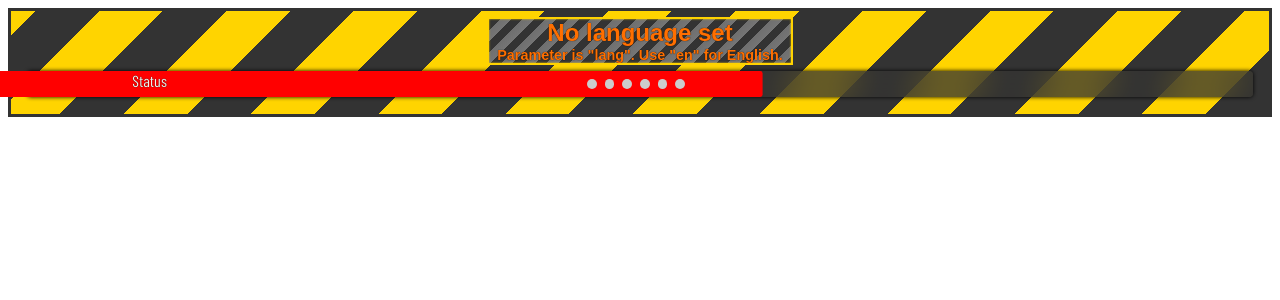
Repository: cirisus/ArknighTimer
Page: timer.html
An editor plug-in stored every save of this project. The page is shown before and after the next save, followed by the edit.
The browser window is 1280 px wide. The pictures show the whole page.
Some web fonts or font styles are not loaded; a fallback is used.

Above is the page before, as saved 2024-03-09 14:20:26.

### timer.html
<!DOCTYPE html>
<html>
  <head>
    <meta charset="UTF-8">
    <meta name="description" content="明日方舟同人中文站计时器本体">
    <meta name="keywords" content="arknights,wiki,timer">
    <link rel="stylesheet" href="/ArknighTimer/timer.css">
    <script src="/ArknighTimer/timer.js"></script>
    <title>计时器初始化中……</title>
  </head>

  <body>
    <noscript>This application requires Javascript to function.</noscript>

    <div id="timer">
      <div id="stuff">
      <h2 id="title"></h2>

      <div id="clock">
        <div id="years-div" class="unit">
          <span id="years" class="unit-value"></span>
          <span id="years-label" class="unit-label"></span>
        </div>

        <div id="months-div" class="unit">
          <span id="months" class="unit-value"></span>
          <span id="months-label" class="unit-label"></span>
        </div>

        <div id="days-div" class="unit">
          <span id="days" class="unit-value"></span>
          <span id="days-label" class="unit-label"></span>
        </div>

        <div id="hours-div" class="unit">
          <span id="hours" class="unit-value"></span>
          <span id="hours-label" class="unit-label"></span>
        </div>

        <div id="minutes-div" class="unit">
          <span id="minutes" class="unit-value"></span>
          <span id="minutes-label" class="unit-label"></span>
        </div>

        <div id="seconds-div" class="unit">
          <span id="seconds" class="unit-value"></span>
          <span id="seconds-label" class="unit-label"></span>
        </div>
        </div>
      </div>
    </div>
  </body>
</html>

### timer.css
@import url('https://fonts.googleapis.com/css2?family=Barlow+Condensed:ital,wght@0,100;0,200;0,300;0,400;0,500;0,600;0,700;0,800;0,900;1,100;1,200;1,300;1,400;1,500;1,600;1,700;1,800;1,900&display=swap');
@font-face {
  font-family: Glow Sans SC_Condensed;
  src: url(https://cdn.jsdelivr.net/gh/cirisus/ArknighTimer/GlowSans/GlowSansSC-Condensed-Medium.woff2);
  font-weight: normal;
  font-style: normal;
}
:root {
  --secondary-accent: 255, 212, 0;
  --scale-2: 51,51,51;
}
body {
  font-family: 'Glow Sans SC_Condensed',Arial, sans-serif;
  text-shadow: 0 0 1px black;
}
#timer {
  display: grid;
  grid-auto-columns: 1fr;
  grid-auto-rows: 1fr;
  grid-template-columns: 1fr;
  grid-template-rows: min-content 1fr;
  gap: 1px 1px;
  grid-template-areas:
    "title"
    "countdown";

  padding: 0.5rem;
  border: 3px solid rgb(var(--scale-2));
  background: repeating-linear-gradient(-45deg, rgb(var(--scale-2)), rgb(var(--scale-2)) 45px, rgb(var(--secondary-accent)) 0, rgb(var(--secondary-accent)) 90px);
}
#title {
  grid-area: title;
  text-align: center;
  margin-block-start: 0;
  margin-block-end: 0;
  background: rgb(var(--scale-2));
  width: fit-content;
  padding: 0 .5rem;
  margin: auto;
    outline: 2px solid #ffd301;
    box-shadow: inset 0 0 2px #ffd400;
    background-image: repeating-linear-gradient(135deg, rgb(var(--scale-2)), rgb(var(--scale-2)) 8px, rgb(111 111 111) 0, rgb(117 117 117) 16px);
    background-size: 500%;
}
@keyframes progerss-bar {
  0% {
    background-position-x: 100%;
  }
  100% {
    background-position: -400%;
  }
}
/*
h2#title:after {
  content: '';
  height: 47px;
  width: 2rem;
  position: absolute;
  transform: translateX(8px);
  background: #333;
  -webkit-clip-path: polygon(60% 0, 100% 50%, 60% 100%, 0 100%, 0 0);
  clip-path: polygon(60% 0, 100% 50%, 60% 100%, 0 100%, 0 0);
}
*/
#clock {
  display: flex;
  justify-content: center;
  align-items: center;
  flex-wrap: wrap;
  grid-area: countdown;
  color: #f3f2ec;
  background-color: rgb(var(--scale-2), .75);
  -webkit-backdrop-filter: blur(1rem);
  backdrop-filter: blur(1rem);
  text-align: center;
  border-radius: 0.25em;
  margin: .5em;
  padding: 0 .25rem;
  box-shadow: 0 0 4px black;
  box-sizing: border-box;
  &::before {
    content: 'Status';
    font-family: "Barlow Condensed", sans-serif;
    position: absolute;
    top: 0;
    left: 0;
    width: 100%;
    height: 100%;
    border-radius: 0.15em;
    background-color: #f00;
    z-index: -1;
    transform: translateX(-40%);
  }
}

.unit {
  display: inline-flex;
  margin: 0.5em 0;
  justify-content: center;
  align-items: center;
}

.unit-value {
  font-family: "Barlow Condensed", sans-serif;
  font-size: 2em;
  color: #333;
  background-color: #ccc;
  border-radius: 0.25em;
  padding: 0.15em;
}

.unit-label {
  font-size: 1.5em;
  padding: 0 .25rem;
}

/* Basic utility classes */
.hidden {
  display: none;
}

.error {
  color: rgb(255, 111, 0);
}
.error-secondary {
  font-size: 0.6em;
}
.progress {
  color: #f3f2ec;
}

.finished {
  color: #fff28e;
}

### timer.js
// Constants
var SECONDS_MS = 1000;
var MINUTES_MS = SECONDS_MS * 60;
var HOURS_MS = MINUTES_MS * 60;
var DAYS_MS = HOURS_MS * 24;

var SECONDS_ENUM = 0;
var MINUTES_ENUM = 1;
var HOURS_ENUM = 2;
var DAYS_ENUM = 3;
var MONTHS_ENUM = 4;
var YEARS_ENUM = 5;

// Initialization errors are only in English unfortunately.
function setError(primary, secondary = null) {
  var titleElement = document.getElementById('title');
  titleElement.classList.add('error');
  titleElement.innerText = primary;

  var clockElement = document.getElementById('clock');
  clockElement.classList.add('hidden');

  if (secondary) {
    var messageElement = document.createElement('div');
    messageElement.classList.add('error-secondary');
    messageElement.innerText = secondary;
    titleElement.appendChild(messageElement);
  }
}

// Localization
function getMessage(language, messageKey) {
  var translations = {
    // English
    'en': {
      'timer-description': 'Timer expiring at',
      'timer-progress': 'This timer will expire in',
      'timer-finished': 'This timer has been expired since',
      'years': 'years',
      'months': 'months',
      'days': 'days',
      'hours': 'hours',
      'minutes': 'minutes',
      'seconds': 'seconds',
    },

    // French
    'fr': {
      'timer-description': 'Fin du compte à rebours à',
      'timer-progress': 'Ce compte à rebours se terminera dans',
      'timer-finished': 'Ce compte à rebous est terminé depuis',
      'years': 'ans',
      'months': 'mois',
      'days': 'jours',
      'hours': 'heures',
      'minutes': 'minutes',
      'seconds': 'secondes',
    },

    // Pig Latin
    'pig': {
      'timer-description': 'Imertay expiringyay atyay',
      'timer-progress': 'Isthay imertay illway expireyay inyay',
      'timer-finished': 'Isthay imertay ashay eenbay expiredyay incesay',
      'years': 'earsyay',
      'months': 'onthsmay',
      'days': 'aysday',
      'hours': 'ourshay',
      'minutes': 'inutesmay',
      'seconds': 'econdssay',
    },

    // Spanish
    'es': {
      'timer-description': 'El temporizador finaliza en',
      'timer-progress': 'El temporizador finalizará en',
      'timer-finished': 'El temporizador ha finalizado desde hace',
      'years': 'años',
      'months': 'meses',
      'days': 'días',
      'hours': 'horas',
      'minutes': 'minutos',
      'seconds': 'segundos',
    },

    // Vietnamese
    'vi': {
      'timer-description': 'Đồng hồ kết thúc vào',
      'timer-progress': 'Đồng hồ sẽ kết thúc trong',
      'timer-finished': 'Đồng hồ này đã kết thúc kể từ',
      'years': 'năm',
      'months': 'tháng',
      'days': 'ngày',
      'hours': 'giờ',
      'minutes': 'phút',
      'seconds': 'giây',
    },

    // Simplified Chinese
    'cn': {
      'timer-description': '此计时器将过期于：',
      'timer-progress': '此计时器将过期于：',
      'timer-finished': '此计时器已过期：',
      'years': '年',
      'months': '月',
      'days': '日',
      'hours': '时',
      'minutes': '分',
      'seconds': '秒',
    },
  };

  // Special case:
  // The 'test' language just echoes the message key back out.
  if (language === 'test') {
    return messageKey;
  }

  // Get message based on language
  var messages = translations[language];
  if (!messages) {
    setError('暂无此语言的计时器 ' + language);
    return null;
  }

  var message = messages[messageKey];
  if (!message) {
    setError('无效的参数' + messageKey);
    return null;
  }

  return message;
}

function insertCSS(styling) {
  var head = document.head || document.getElementsByTagName('head')[0];
  var style = document.createElement('style');

  style.type = 'text/css';
  style.appendChild(document.createTextNode(styling));
  head.appendChild(style);
}

function getDaysInFebruary(startYear) {
  return (startYear % 4 === 0 && startYear % 100 !== 0)
    || startYear % 400 === 0 ? 29 : 28;
}

function elapsedData(targetTime) {
  var now = new Date();
  var elapsed = now - targetTime;

  if (elapsed >= 0) {
    // Date is in the past
    return {
      elapsed: elapsed,
      finished: true,
      startTime: targetTime,
      endTime: now,
    };
  } else {
    // Date is in the future
    return {
      elapsed: -elapsed,
      finished: false,
      startTime: now,
      endTime: targetTime,
    };
  }
}

// Based on https://stackoverflow.com/a/49201872
// Calculate differences greater than a day.
function dateDiff(startDate, endDate) {
  // Trim sub-day differences to avoid 0.8 days from rounding up.
  var diff = endDate - startDate;
  diff -= Math.floor(diff % DAYS_MS);
  endDate = new Date(startDate.getTime() + diff);

  // Get month data
  var february = getDaysInFebruary(startDate.getFullYear());
  var daysInMonth = [31, february, 31, 30, 31, 30, 31, 31, 30, 31, 30, 31];

  var yearDiff = endDate.getFullYear() - startDate.getFullYear();
  var monthDiff = endDate.getMonth() - startDate.getMonth();
  if (monthDiff < 0) {
    yearDiff--;
    monthDiff += 12;
  }

  var dayDiff = endDate.getDate() - startDate.getDate();
  if (dayDiff < 0) {
    if (monthDiff > 0) {
      monthDiff--;
    } else {
      yearDiff--;
      monthDiff = 11;
    }

    dayDiff += daysInMonth[startDate.getMonth()];
  }

  return {
    years: yearDiff,
    months: monthDiff,
    days: dayDiff,
  };
}

// Calculate difference in time, in all units
function timeRemaining(targetTime) {
  var data = elapsedData(targetTime);

  // Differences > 1 day
  var dateDiffs = dateDiff(data.startTime, data.endTime);
  var years = dateDiffs.years;
  var months = dateDiffs.months;
  var days = dateDiffs.days;

  // Differences < 1 day
  var elapsed = Math.floor(data.elapsed % DAYS_MS);

  var hours = Math.floor(elapsed / HOURS_MS);
  elapsed = Math.floor(elapsed % HOURS_MS);

  var minutes = Math.floor(elapsed / MINUTES_MS);
  elapsed = Math.floor(elapsed % MINUTES_MS);

  var seconds = Math.floor(elapsed / SECONDS_MS);
  elapsed = Math.floor(elapsed % MINUTES_MS);

  // Get highest unit present
  var highest;
  if (years > 0) {
    highest = YEARS_ENUM;
  } else if (months > 0) {
    highest = MONTHS_ENUM;
  } else if (days > 0) {
    highest = DAYS_ENUM;
  } else if (hours > 0) {
    highest = HOURS_ENUM;
  } else if (minutes > 0) {
    highest = MINUTES_ENUM;
  } else {
    highest = SECONDS_ENUM;
  }

  return {
    years: years,
    months: months,
    days: days,
    hours: hours,
    minutes: minutes,
    seconds: seconds,
    finished: data.finished,
    highest: highest,
  };
}

function setTimerField(language, field, value) {
  var visible = value !== null;

  if (visible) {
    document.getElementById(field).innerText = value;
  }

  setTimerFieldVisibility(field, visible);
}

function setTimerFieldVisibility(field, visible) {
  var element = document.getElementById(field + '-div');

  if (visible) {
    element.classList.remove('hidden');
  } else {
    element.classList.add('hidden');
  }
}

function createTimer(language, targetTime, progressMessage, finishedMessage) {
  progressMessage = progressMessage || getMessage(language, 'timer-progress');
  finishedMessage = finishedMessage || getMessage(language, 'timer-finished');

  // Update routine, to invoke every second
  var timerFields = [
    ['years', YEARS_ENUM, 1],
    ['months', MONTHS_ENUM, 1],
    ['days', DAYS_ENUM, 1],
    ['hours', HOURS_ENUM, 2],
    ['minutes', MINUTES_ENUM, 2],
    ['seconds', SECONDS_ENUM, 2],
  ];

  // Initial application of field labels
  for (var i = 0; i < timerFields.length; i++) {
    var field = timerFields[i][0];
    document.getElementById(field + '-label').innerText = getMessage(language, field);
  }

  function updateTimer() {
    var remaining = timeRemaining(targetTime);

    // Set title message
    var titleElement = document.getElementById('title');

    if (remaining.finished) {
      titleElement.innerText = finishedMessage;
      titleElement.classList = ['finished'];
    } else {
      titleElement.innerText = progressMessage;
      titleElement.classList = ['progress'];
    }

    // Set individual timer fields
    for (var i = 0; i < timerFields.length; i++) {
      var field = timerFields[i][0];
      var fieldEnum = timerFields[i][1];
      var padWidth = timerFields[i][2];

      // If the value is to be shown, then display it.
      // Ensure digits are padded to the appropriate width.
      var value = remaining.highest >= fieldEnum
        ? String(remaining[field]).padStart(padWidth, '0')
        : null;

      setTimerField(language, field, value);
    }
  }

  // Set title.
  // Since this is meant to be used as an iframe, setting it every tick is pointless.
  document.title = getMessage(language, 'timer-description') + ' ' + targetTime;

  // Configure timer to run regularly.
  updateTimer();
  setInterval(updateTimer, 1000);
}

function setup() {
  // Get parameters
  var url = new URL(window.location.href);
  var parameters = new URLSearchParams(url.search);
  var language = parameters.get('lang');
  var timestamp = parameters.get('time');
  var progressMessage = parameters.get('progress');
  var finishedMessage = parameters.get('finished');
  var styling = parameters.get('style'); // allows custom CSS to be injected

  // Check parameters
  if (!language) {
    setError('No language set', 'Parameter is "lang". Use "en" for English.');
    return;
  }

  if (!timestamp) {
    setError('No timestamp set', 'Parameter is "time". You can use a UNIX timestamp or an ISO string.');
    return;
  }

  var targetTime;
  if (/^\d+(\.\d+)?$/.exec(timestamp)) {
    targetTime = new Date(parseFloat(timestamp) * 1000);
  } else {
    targetTime = new Date(timestamp);
    if (isNaN(targetTime)) {
      setError('Invalid timestamp', timestamp);
      return;
    }
  }

  // Insert custom CSS, if any
  if (styling !== null) {
    insertCSS(styling);
  }

  // Initialize clock
  createTimer(language, targetTime, progressMessage, finishedMessage);
}

setTimeout(setup, 5);

After the next save:
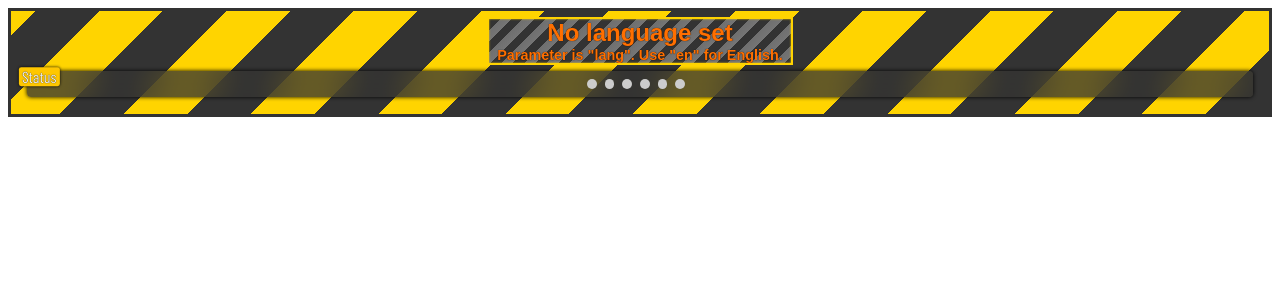
Saved 3 min 46 s later.
--- a/timer.css
+++ b/timer.css
@@ -41,6 +41,7 @@
     box-shadow: inset 0 0 2px #ffd400;
     background-image: repeating-linear-gradient(135deg, rgb(var(--scale-2)), rgb(var(--scale-2)) 8px, rgb(111 111 111) 0, rgb(117 117 117) 16px);
     background-size: 500%;
+    animation: progress-bar 300s infinite linear;
 }
 @keyframes progerss-bar {
   0% {
@@ -82,15 +83,19 @@
     content: 'Status';
     font-family: "Barlow Condensed", sans-serif;
     position: absolute;
+    display: inline-flex;
     top: 0;
     left: 0;
-    width: 100%;
-    height: 100%;
+    width: fit-content;
+    height: fit-content;
     border-radius: 0.15em;
-    background-color: #f00;
+    background-color: #ffc700;
     z-index: -1;
-    transform: translateX(-40%);
-  }
+    transform: translate(-20%,-20%);
+    box-shadow: 0 0 3px 0px black;
+    padding: 0 3px;
+    align-items: center;
+}
 }
 
 .unit {
